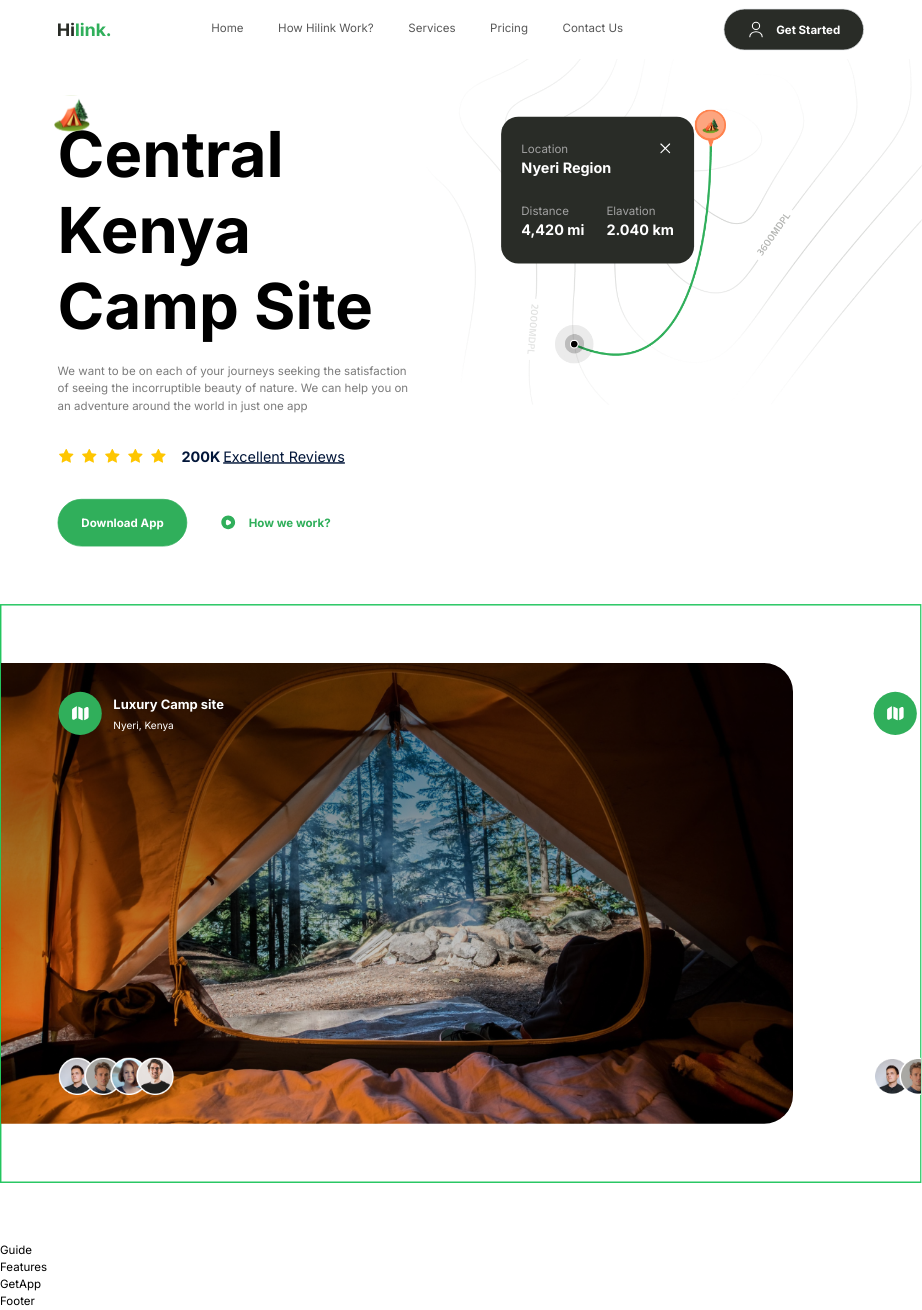
Repository: martin-raphael/travel_agency
Page: /
An editor plug-in stored every save of this project. The page is shown before and after the next save, followed by the edit.
The browser window is 1280 px wide. The pictures show the whole page, at 72% of full size.
The project was rebuilt for these pictures with package versions that can differ from the ones it lists, and the page was loaded fresh each time. The framework's server and built-in components were replaced by stand-ins that run in the browser. Also part of the build but not shown: next.config.mjs.

Above is the page before, as saved 2024-08-08 19:46:30.

### app/layout.tsx
import type { Metadata } from "next";
import Navbar from "@/components/Navbar";
import Footer from "@/components/Footer";
import "./globals.css";

export const metadata: Metadata = {
  title: "Travel App",
  description: "Beauty of Nature",
};

export default function RootLayout({
  children,
}: Readonly<{
  children: React.ReactNode;
}>) {
  return (
    <html lang="en">
      <body>
        <Navbar />
        <main className="relative overflow-hidden">{children}</main>
        <Footer />
      </body>
    </html>
  );
}

### components/Navbar.tsx
import { NAV_LINKS } from "@/constants";
import Image from "next/image";
import Link from "next/link";
import React from "react";
import Button from "./Button";

const Navbar = () => {
  return (
    <nav className=" flexBetween max-container padding-container relative z-30 py-3">
      <Link href="/">
        <Image src="/hilink-logo.svg" alt="logo" width={74} height={29} />
      </Link>
      <ul className="hidden h-full gap-12 lg:flex">
        {NAV_LINKS.map((link) => (
          <Link
            href={link.href}
            key={link.key}
            className="regular-16 text-gray-50 flexCenter cursor-pointer pb-1.5 transition-all hover:font-bold"
          >
            {link.label}
          </Link>
        ))}
      </ul>

      <div className=" lg:flexCenter hidden">
        <Button
          type="button"
          title="Get Started"
          icon="/user.svg"
          variant="btn_dark_green"
        />
      </div>
      <Image
        src="menu.svg"
        alt="menu"
        width={32}
        height={32}
        className="inline-block cursor-pointer lg:hidden"
      />
    </nav>
  );
};

export default Navbar;

### components/Camp.tsx
import { PEOPLE_URL } from '@/constants'
import Image from 'next/image'
import React from 'react'
interface CampProps{
  backgroundImage: string,
  title: string,
  subtitle: string,
  peopleJoined: string,
}

const CampSite = ({backgroundImage, title,subtitle,peopleJoined}: CampProps) =>{
  return <div className={`h-full w-full min-w-[1100px] ${backgroundImage}
  bg-cover bg-no-repeat lg:rounded-r-5xl 2xl:rounded-5xl`}>
    <div className='flex h-full flex-col items-start justify-between p-6 lg:px-20 lg:py-10' >
      <div className='flexCenter gap-4'>
        <div className='rounded-full bg-green-50 p-4'>
          <Image
          src="/folded-map.svg"
          alt='map' width={28} height={28}/>
        </div>
        <div className='flex flex-col gap-1'>
          <h4 className='bold-18 text-white'> {title}</h4>
          <p className='regular-14 text-white'> {subtitle}</p>
        </div>
      </div>

      <div className='flexCenter gap-6 '>
        <span className='flex -space-x-4 overflow-hidden'>
          {PEOPLE_URL.map((url)=>(
            <Image src={url} key={url} alt='people' width={52} height={52}/>
          ))}
        </span>
      </div>
      </div>
    </div>
}

const Camp = () => {
  return (
    <section className='border-2 border-green-500 2xl:max-container
    relative flex flex-col py-10 lg:mb-10 lg:py-20 xl:mb-20'>
      <div className='hide-scrollbar flex h-[340px] w-full items-start
      justify-start gap-8 overflow-x-auto lg:h-[400px] xl:h-[640px]'>
        <CampSite
        backgroundImage ="bg-bg-img-1"
        title="Luxury Camp site"
        subtitle="Nyeri, Kenya"
        peopleJoined="300+ joined"
               />
        <CampSite/>
      </div>

    </section>
  )
}

export default Camp

### components/Hero.tsx
import Image from "next/image";
import React from "react";
import Button from "./Button";

const Hero = () => {
  return (
    <section
      className=" max-container padding-container flex
    flex-col gap-20 lg:py-20 py-10 pb-32 md:gap-28 xl:flex-row
    "
    >
      <div className="hero-map" />

      {/* LEFT SIDE-*/}

      <div className="relative z-20 flex flex-1 flex-col xl:w-1/2">
        <Image
          src="/camp.svg"
          alt="camp"
          width={50}
          height={50}
          className="absolute left-[-5px] top-[-30px] w-10 lg:w-[50px]"
        />
        <h1 className="bold-52 lg:bold-88"> Central Kenya Camp Site</h1>
        <p className="regular-16 mt-6 text-gray-30 xl:max-w-[520px]">
          We want to be on each of your journeys seeking the satisfaction of
          seeing the incorruptible beauty of nature. We can help you on an
          adventure around the world in just one app
        </p>

        <div className="my-11 flex flex-wrap gap-5">
          <div className="flex items-center gap-2">
            {Array(5)
              .fill(1)
              .map((_, index) => (
                <Image
                  src="/star.svg"
                  alt="Ratings"
                  key={index}
                  width={24}
                  height={24}
                />
              ))}
          </div>
          <p className="bold-16 lg:bold-20 text-blue-70">
            200K
            <span className="regular-16 lg:regular-20 ml-1 underline">
              Excellent Reviews
            </span>
          </p>
        </div>
        <div className="flex flex-col w-full gap-3 sm:flex-row">
          <Button type="button" title="Download App" variant="btn_green" />

          <Button
            type="button"
            title="How we work? "
            icon="/play.svg"
            variant="btn_white"
          />
        </div>
      </div>

      <div className="relative flex flex-1 items-start">
        <div className="relative z-20  w-[268px] flex flex-col gap-8 rounded-3xl bg-green-90 px-7 py-8">
          <div className="flex flex-col">
            <div className="flexBetween">
              <p className="regular-16 text-gray-20">Location</p>
              <Image src="/close.svg" alt="close" width={24} height={24} />
            </div>
            <p className="bold-20 text-white"> Nyeri Region</p>
          </div>
            <div className="flexBetween">
              <div className="flex flex-col">
                <p className="regular-16 block text-gray-20">Distance</p>
                <p className="bold-20 text-white"> 4,420 mi</p>
              </div>
              <div className="flex flex-col">
                <p className="regular-16 block text-gray-20">Elavation</p>
                <p className="bold-20 text-white"> 2.040 km</p>
              </div>
            </div>
          </div>
        </div>

    </section>
  );
};

export default Hero;

### components/Button.tsx
import Image from "next/image";

type ButtonProps = {
  type: "button" | "submit";
  title: string;
  icon?: string;
  variant?: string;
  full?:boolean;
};

const Button = ({ type, title, icon, variant, full }: ButtonProps) => {
  return (
    <button
      className={`flexCenter gap-4 rounded-full border ${variant} ${full && 'w-full'}`}
      type={type}
    >
      {icon && <Image src={icon} alt={title} width={24} height={24} />}
      <label className=" bold-16 whitespace-nowrap cursor-pointer">{title}</label>
    </button>
  );
};

export default Button;

Loaded but not shown: app/page.tsx (common file); components/Footer.tsx (common file); app/globals.css (common file); components/Features.tsx (common file); components/GetApp.tsx (common file); components/Guide.tsx (common file); constants/index.ts (common file); tailwind.config.ts (common file)

After the next save:
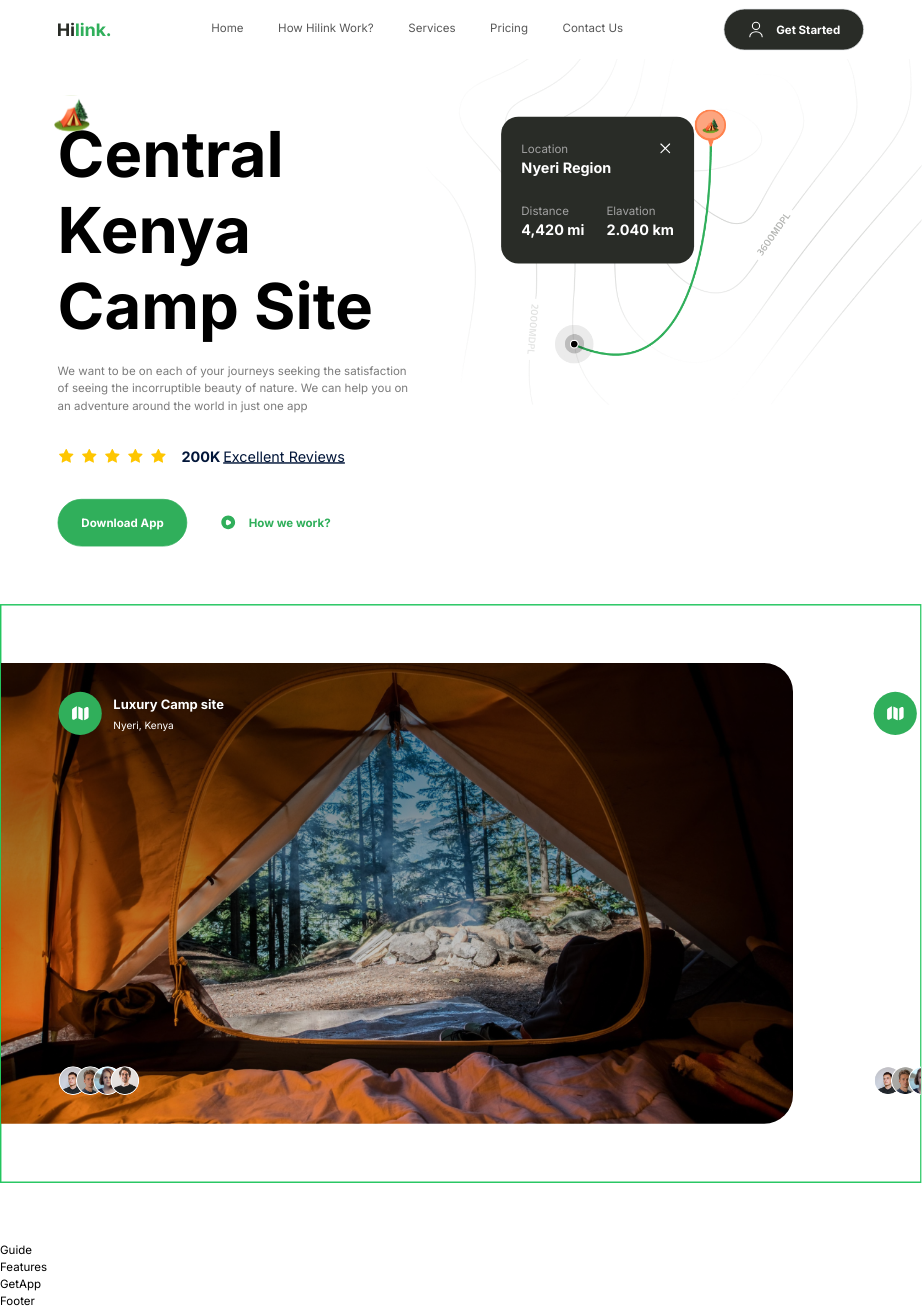
Saved 2 min 2 s later.
--- a/components/Camp.tsx
+++ b/components/Camp.tsx
@@ -1,57 +1,77 @@
-import { PEOPLE_URL } from '@/constants'
-import Image from 'next/image'
-import React from 'react'
-interface CampProps{
-  backgroundImage: string,
-  title: string,
-  subtitle: string,
-  peopleJoined: string,
+import { PEOPLE_URL } from "@/constants";
+import Image from "next/image";
+import React from "react";
+interface CampProps {
+  backgroundImage: string;
+  title: string;
+  subtitle: string;
+  peopleJoined: string;
 }
 
-const CampSite = ({backgroundImage, title,subtitle,peopleJoined}: CampProps) =>{
-  return <div className={`h-full w-full min-w-[1100px] ${backgroundImage}
-  bg-cover bg-no-repeat lg:rounded-r-5xl 2xl:rounded-5xl`}>
-    <div className='flex h-full flex-col items-start justify-between p-6 lg:px-20 lg:py-10' >
-      <div className='flexCenter gap-4'>
-        <div className='rounded-full bg-green-50 p-4'>
-          <Image
-          src="/folded-map.svg"
-          alt='map' width={28} height={28}/>
+const CampSite = ({
+  backgroundImage,
+  title,
+  subtitle,
+  peopleJoined,
+}: CampProps) => {
+  return (
+    <div
+      className={`h-full w-full min-w-[1100px] ${backgroundImage}
+  bg-cover bg-no-repeat lg:rounded-r-5xl 2xl:rounded-5xl`}
+    >
+      <div className="flex h-full flex-col items-start justify-between p-6 lg:px-20 lg:py-10">
+        <div className="flexCenter gap-4">
+          <div className="rounded-full bg-green-50 p-4">
+            <Image
+            src="/folded-map.svg"
+            alt="map"
+            width={28}
+            height={28} />
+          </div>
+          <div className="flex flex-col gap-1">
+            <h4 className="bold-18 text-white"> {title}</h4>
+            <p className="regular-14 text-white"> {subtitle}</p>
+          </div>
         </div>
-        <div className='flex flex-col gap-1'>
-          <h4 className='bold-18 text-white'> {title}</h4>
-          <p className='regular-14 text-white'> {subtitle}</p>
+
+        <div className="flexCenter gap-6 ">
+          <span className="flex -space-x-4 overflow-hidden">
+            {PEOPLE_URL.map((url) => (
+              <Image
+              className="inline-block h-10 w-10 rounded-full"
+              src={url}
+              key={url}
+              alt="people"
+              width={52}
+              height={52} />
+            ))}
+          </span>
         </div>
       </div>
-
-      <div className='flexCenter gap-6 '>
-        <span className='flex -space-x-4 overflow-hidden'>
-          {PEOPLE_URL.map((url)=>(
-            <Image src={url} key={url} alt='people' width={52} height={52}/>
-          ))}
-        </span>
-      </div>
-      </div>
     </div>
-}
+  );
+};
 
 const Camp = () => {
   return (
-    <section className='border-2 border-green-500 2xl:max-container
-    relative flex flex-col py-10 lg:mb-10 lg:py-20 xl:mb-20'>
-      <div className='hide-scrollbar flex h-[340px] w-full items-start
-      justify-start gap-8 overflow-x-auto lg:h-[400px] xl:h-[640px]'>
+    <section
+      className="border-2 border-green-500 2xl:max-container
+    relative flex flex-col py-10 lg:mb-10 lg:py-20 xl:mb-20"
+    >
+      <div
+        className="hide-scrollbar flex h-[340px] w-full items-start
+      justify-start gap-8 overflow-x-auto lg:h-[400px] xl:h-[640px]"
+      >
         <CampSite
-        backgroundImage ="bg-bg-img-1"
-        title="Luxury Camp site"
-        subtitle="Nyeri, Kenya"
-        peopleJoined="300+ joined"
-               />
-        <CampSite/>
+          backgroundImage="bg-bg-img-1"
+          title="Luxury Camp site"
+          subtitle="Nyeri, Kenya"
+          peopleJoined="300+ joined"
+        />
+        <CampSite />
       </div>
+    </section>
+  );
+};
 
-    </section>
-  )
-}
-
-export default Camp
+export default Camp;
